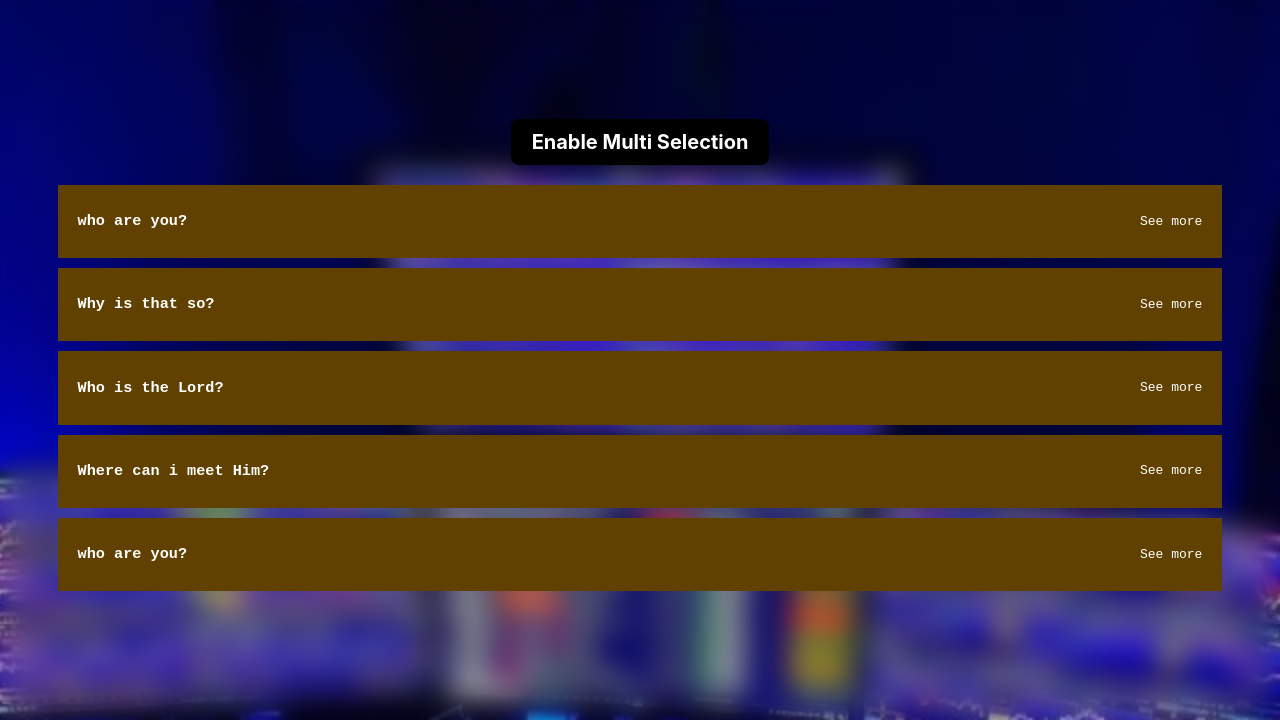
Repository: profbkmurage/reactprojectsBK
Page: /
These files come from the project's save history. The page is drawn as it stood at one moment and after a run of saves; the edit follows.
The browser window is 1280 px wide. The pictures show the whole page.
The project was rebuilt for these pictures with package versions that can differ from the ones it lists, and the page was loaded fresh each time. Also part of the build but not shown: vite.config.js.

Above is the page before, as saved 2025-02-23 10:19:18.

After the next 5 saves:
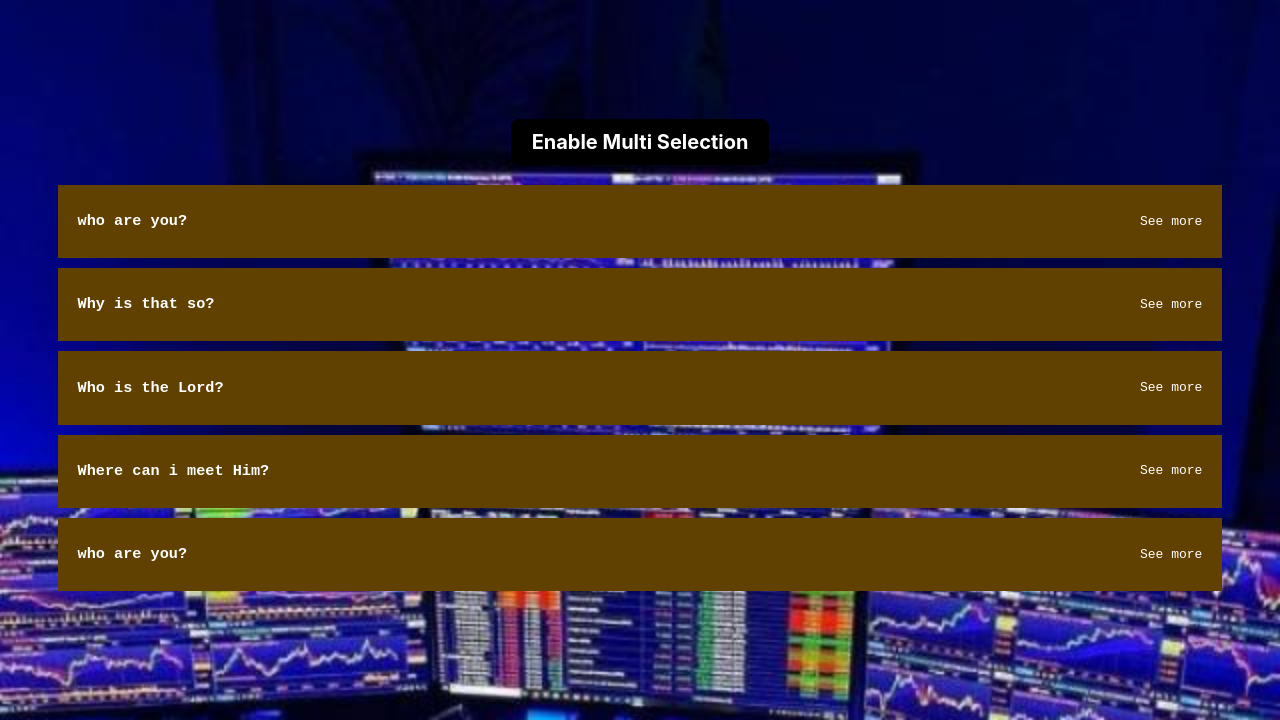
The 5 saves are shown as one change because they came seconds apart.
The last was saved 15 s later.
--- a/src/components/accordian/style.css
+++ b/src/components/accordian/style.css
@@ -13,7 +13,7 @@ body {
     align-items: center;
     flex-direction: column;
     gap: 20px;
-    backdrop-filter: blur(14px);
+    backdrop-filter: blurpx);
 width: 100vw;
 }
 
